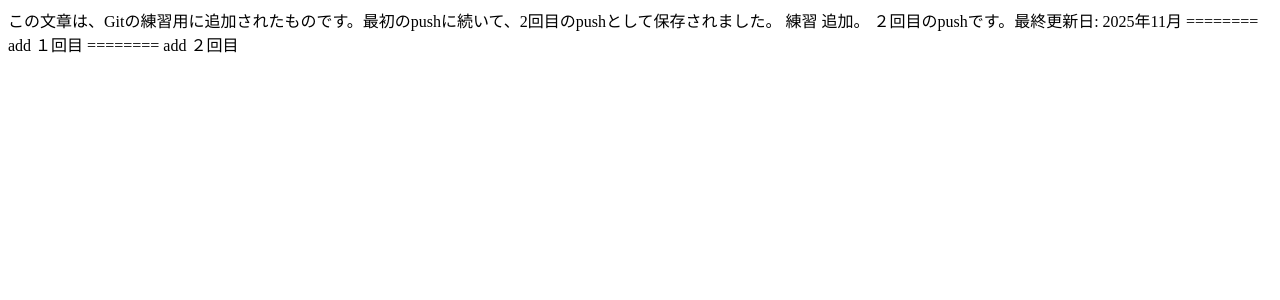
Repository: toshiogawa/git-sample-udemy
Page: git-prac.html
An editor plug-in stored every save of this project. The page is shown before and after the next save, followed by the edit.
The browser window is 1280 px wide. The pictures show the whole page.

Above is the page before, as saved 2025-11-22 01:05:42.

After the next save:
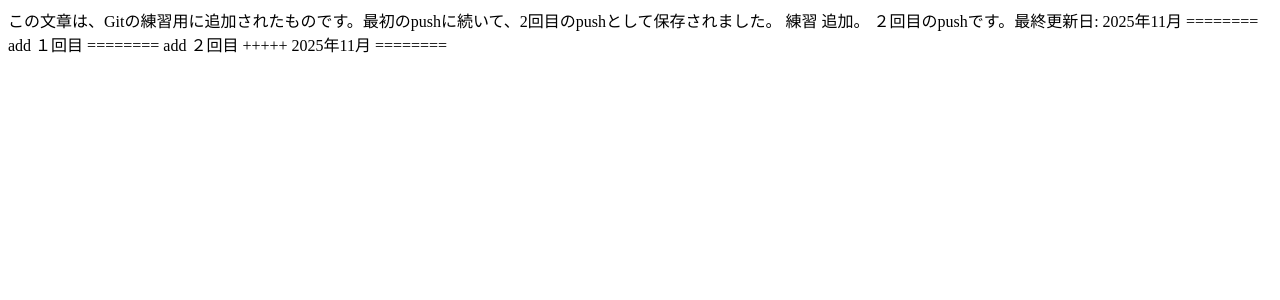
Saved 12 min 18 s later.
--- a/git-prac.html
+++ b/git-prac.html
@@ -1,5 +1,5 @@
 <p>
   この文章は、Gitの練習用に追加されたものです。最初のpushに続いて、2回目のpushとして保存されました。
   練習 追加。 ２回目のpushです。最終更新日: 2025年11月 ======== add １回目
-  ======== add ２回目
+  ======== add ２回目 +++++ 2025年11月 ========
 </p>
